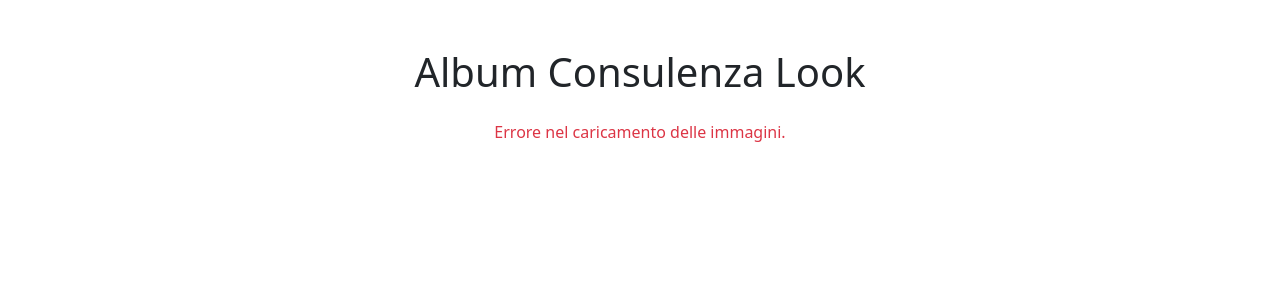
Repository: Probyte5D/Armocromia-website
Page: album.html
These files come from the project's save history. The page is drawn as it stood at one moment and after the next save; the edit follows.
The browser window is 1280 px wide. The pictures show the whole page.
The page's requests for data from a server got no answer.

Above is the page before, as saved 2025-04-18 21:28:26.

### album.html
<!DOCTYPE html>
<html lang="it">
<head>
  <meta charset="UTF-8">
  <meta name="viewport" content="width=device-width, initial-scale=1.0">
  <title>Album Consulenza Look</title>
  <link href="https://cdn.jsdelivr.net/npm/bootstrap@5.1.0/dist/css/bootstrap.min.css" rel="stylesheet">
</head>
<body>
  <div class="container py-5">
    <h1 class="text-center mb-4">Album Consulenza Look</h1>
    <div id="lookAlbum" class="row g-3">
      <!-- Le immagini saranno caricate qui dinamicamente -->
    </div>
  </div>

  <script>
    const API_KEY = '1J5XZG6HEjef4TKrOiBtmHWoMJVdLRUIxplL9GJzFHBeI64zgRPny53m';
    const query = 'fashion look';  // Modifica la query per altre immagini

    // Carica le immagini
    fetch(`https://api.pexels.com/v1/search?query=${encodeURIComponent(query)}&per_page=9`, {
      headers: { Authorization: API_KEY }
    })
    .then(r => r.json())
    .then(data => {
      const row = document.getElementById('lookAlbum');
      if (data && data.photos) {
        data.photos.forEach(photo => {
          const col = document.createElement('div');
          col.className = 'col-6 col-md-4';
          col.innerHTML = `
            <img src="${photo.src.medium}" class="img-fluid rounded shadow-sm" alt="${photo.photographer}" title="Ph: ${photo.photographer}">
          `;
          row.appendChild(col);
        });
      } else {
        row.innerHTML = '<p class="text-danger text-center">Nessuna immagine trovata per questa ricerca.</p>';
      }
    })
    .catch(err => {
      console.error(err);
      const row = document.getElementById('lookAlbum');
      row.innerHTML = '<p class="text-danger text-center">Errore nel caricamento delle immagini.</p>';
    });
  </script>

  <script src="https://cdn.jsdelivr.net/npm/bootstrap@5.1.0/dist/js/bootstrap.bundle.min.js"></script>
</body>
</html>

After the next save:
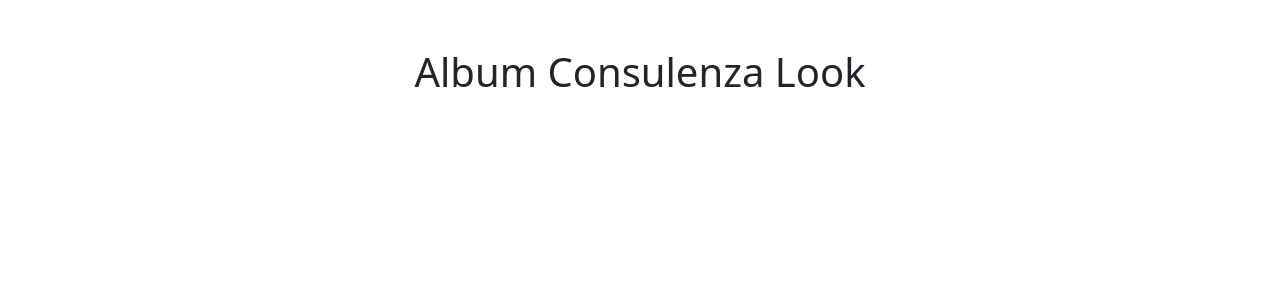
Saved 18 s later.
--- a/album.html
+++ b/album.html
@@ -13,38 +13,7 @@
       <!-- Le immagini saranno caricate qui dinamicamente -->
     </div>
   </div>
+  <script src="https://cdn.jsdelivr.net/npm/bootstrap@5.1.0/dist/js/bootstrap.bundle.min.js"></script>
 
-  <script>
-    const API_KEY = '1J5XZG6HEjef4TKrOiBtmHWoMJVdLRUIxplL9GJzFHBeI64zgRPny53m';
-    const query = 'fashion look';  // Modifica la query per altre immagini
-
-    // Carica le immagini
-    fetch(`https://api.pexels.com/v1/search?query=${encodeURIComponent(query)}&per_page=9`, {
-      headers: { Authorization: API_KEY }
-    })
-    .then(r => r.json())
-    .then(data => {
-      const row = document.getElementById('lookAlbum');
-      if (data && data.photos) {
-        data.photos.forEach(photo => {
-          const col = document.createElement('div');
-          col.className = 'col-6 col-md-4';
-          col.innerHTML = `
-            <img src="${photo.src.medium}" class="img-fluid rounded shadow-sm" alt="${photo.photographer}" title="Ph: ${photo.photographer}">
-          `;
-          row.appendChild(col);
-        });
-      } else {
-        row.innerHTML = '<p class="text-danger text-center">Nessuna immagine trovata per questa ricerca.</p>';
-      }
-    })
-    .catch(err => {
-      console.error(err);
-      const row = document.getElementById('lookAlbum');
-      row.innerHTML = '<p class="text-danger text-center">Errore nel caricamento delle immagini.</p>';
-    });
-  </script>
-
-  <script src="https://cdn.jsdelivr.net/npm/bootstrap@5.1.0/dist/js/bootstrap.bundle.min.js"></script>
 </body>
 </html>
